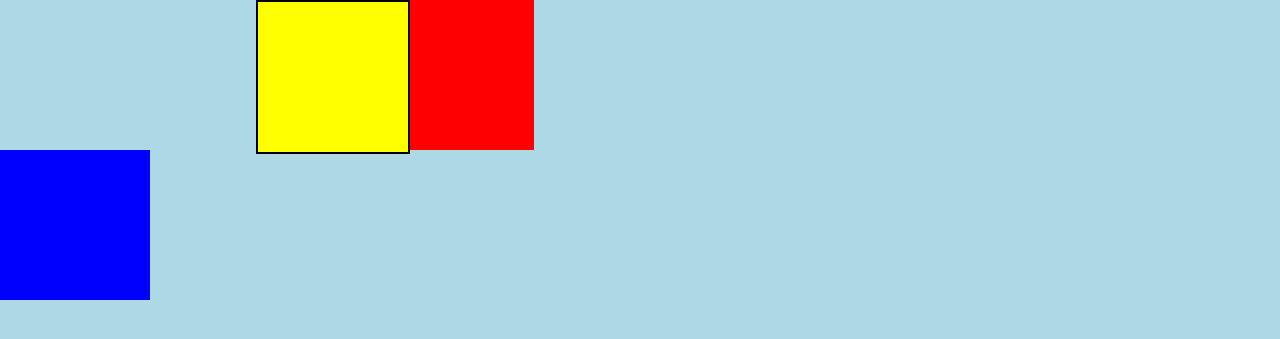
Repository: Sushant203/myPersonalSite
Page: index.html
The author's editor kept a copy of each file at every save. The page is drawn from the files as they stood at one save, then again after the next save.
The browser window is 1280 px wide. The pictures show the whole page.

Above is the page before, as saved 2022-12-04 19:08:56.

### index.html
<!DOCTYPE html>
<html lang="en">

<head>
    <meta charset="UTF-8">
    <meta http-equiv="X-UA-Compatible" content="IE=edge">
    <meta name="viewport" content="width=device-width, initial-scale=1.0">
    <title>Document</title>
    <link rel="stylesheet" href="\css\style.css">
    <link rel="favicon" href="favicon.ico">
</head>

<body>

<div class="box-1"></div>
<div class="box-2"></div>
<div class="box-3"></div>
</body>

</html>

### css/style.css
body{
    background-color: lightblue;
    margin: 0;
}

.box-1{
    border: 2px;
    background-color: red;
    height: 150px;
    width: 150px;
    position: relative;
    left: 30%;
}

.box-2{
    border: 2px;
    background-color: blue;
    height: 150px;
    width: 150px;
    /* margin-left: 210px; */
}


.box-3{
    border: 2px solid;
    background-color: yellow;
    height: 150px;
    width: 150px;
    position: relative;
    bottom: 300px;
    left: 20%;
}

After the next save:
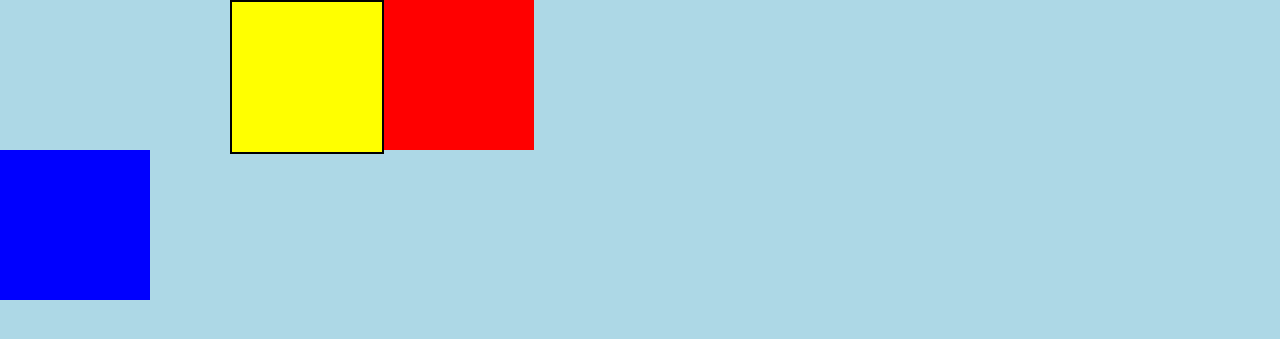
Saved 5 s later.
--- a/css/style.css
+++ b/css/style.css
@@ -28,5 +28,5 @@ body{
     width: 150px;
     position: relative;
     bottom: 300px;
-    left: 20%;
+    left: 18%;
 }
